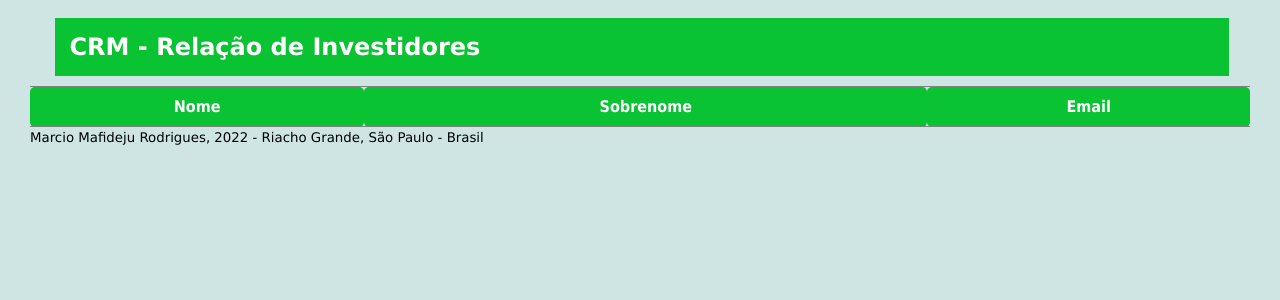
Repository: mafideju/CustomerTracker
Page: http://localhost/web-customer-tracker/WEB-INF/view/list-customers.jsp
These files come from the project's save history. The page is drawn as it stood at one moment and after the next save; the edit follows.
The browser window is 1280 px wide. The pictures show the whole page.
The page is served by Tomcat 9. Nobody is signed in. Other server files are loaded and not shown. The template is opened directly, without the code that normally fills it, so the values that code supplies are empty.

Above is the page before, as saved 2022-01-22 02:14:21.

### web-customer-tracker/WebContent/WEB-INF/view/list-customers.jsp
<%@ taglib uri="http://java.sun.com/jsp/jstl/core" prefix="c" %>

<!DOCTYPE html>
<html>
	<head>
		<title>Lista de Investidores</title>
		<link type="text/css" rel="stylesheet" href="${pageContext.request.contextPath}/resources/css/style.css">
	</head>

	<body>
		<main>

			<div id="wrapper"  style="display: flex; justify-content: center;">
				<div id="header">
					<h2>CRM - Relação de Investidores</h2>
				</div>
			</div>

			<div id="container">
				<div id="content">
					<table>
						<tr>
							<th>Nome</th>
							<th>Sobrenome</th>
							<th>Email</th>
						</tr>

						<c:forEach var="customer" items="${customers}">
							<tr>
								<td>${customer.firstName}</td>
								<td>${customer.lastName}</td>
								<td>${customer.email}</td>
							</tr>
						</c:forEach>

					</table>
				</div>
			</div>

		</main>
		<footer>
			<small>Marcio Mafideju Rodrigues, 2022 - Riacho Grande, São Paulo - Brasil</small>
		</footer>
	</body>
</html>

### web-customer-tracker/WebContent/resources/css/style.css
html, body{
	margin-left:15px;
	margin-right:15px;
	padding:0px;
	font-family:Verdana, Arial, Helvetica, sans-serif;
	background-color: #cee5e4;
}

table {
	border-collapse:collapse;
	border-bottom:1px solid gray;
	font-family: Tahoma,Verdana,Segoe,sans-serif;
	width:100%;
}

th {
	border-bottom:1px solid gray;
	background:none repeat scroll 0 0 #09c332;
	padding:10px;
	color: #FFFFFF;
	border-radius: 5px;
}

tr {
	border-top:1px solid gray;
	text-align:center;
}

tr:nth-child(even) {background: #FFFFFF;}
tr:nth-child(odd) {background: #BBBBBB;}

.add-button {
	border: 1px solid #666;
	border-radius: 5px;
	padding: 4px;
	font-size: 12px;
	font-weight: bold;
	width: 120px;
	padding: 5px 10px;
	margin-bottom: 15px;
	background: #cccccc;
}

#wrapper {
	width: 100%;
	margin-top: 0px;
}

#header {
	width: 95%;
	background: #09c332;
	margin-left: 3px;
	margin-top: 10px;
	padding:15px 0px 15px 15px;
}

#header h2 {
	width: 100%;
	margin:auto;
	color: #FFFFFF;
}

#container {
	width: 100%;
	margin: auto
}

#container h3 {
	color: #000;
}

#container #content {
	margin-top: 10px;
}

After the next save:
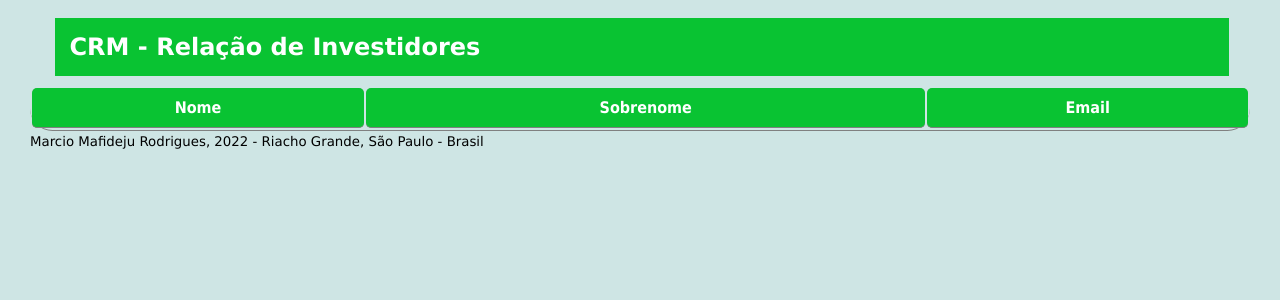
Saved 6 min 56 s later.
--- a/web-customer-tracker/WebContent/resources/css/style.css
+++ b/web-customer-tracker/WebContent/resources/css/style.css
@@ -7,7 +7,7 @@ html, body{
 }
 
 table {
-	border-collapse:collapse;
+	border-radius: 50px;
 	border-bottom:1px solid gray;
 	font-family: Tahoma,Verdana,Segoe,sans-serif;
 	width:100%;
